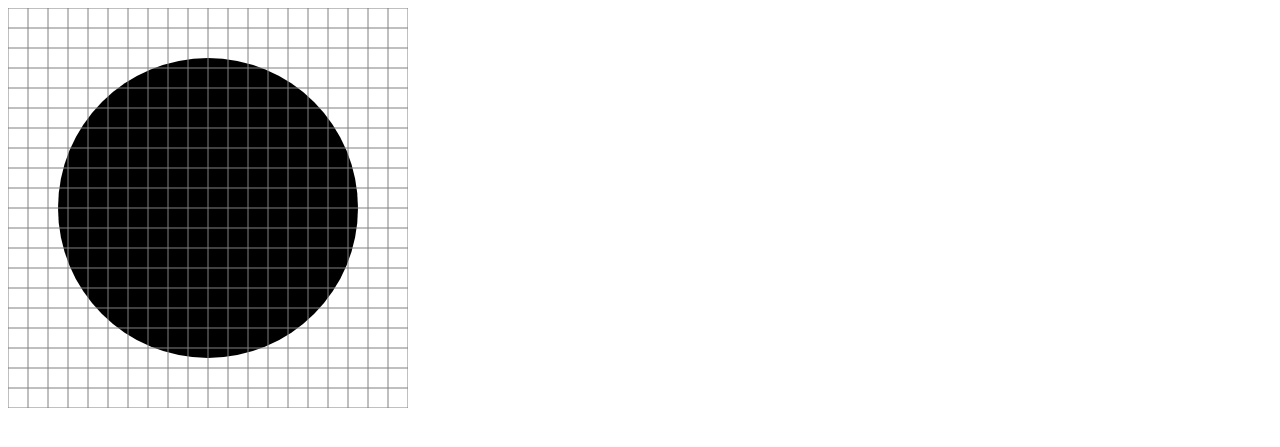
Repository: pedro-mancano/ProjetoCDM204
Page: scripts/radar.html
The author's editor kept a copy of each file at every save. The page is drawn from the files as they stood at one save, then again after the next save.
The browser window is 1280 px wide. The pictures show the whole page.

Above is the page before, as saved 2024-11-27 08:19:15.

After the next save:
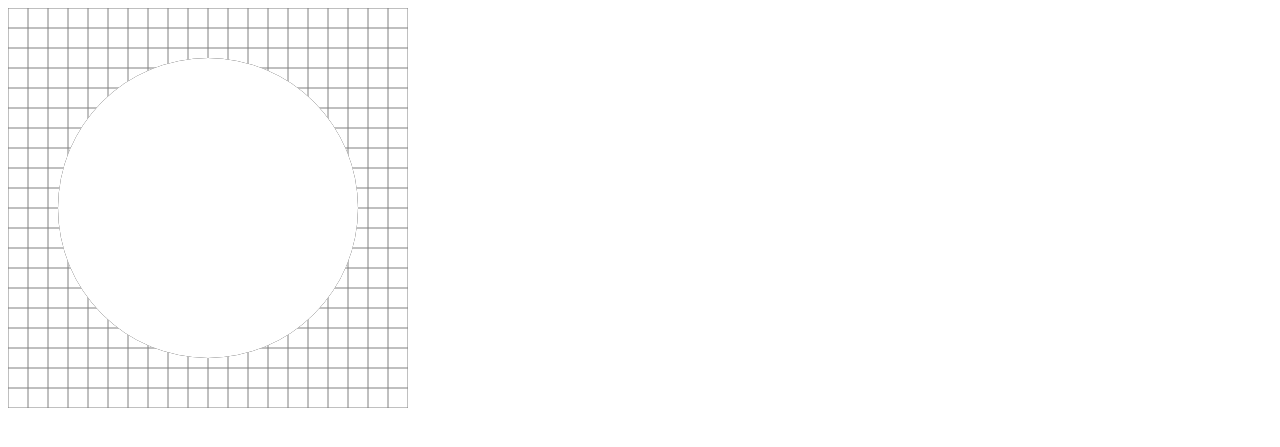
Saved 5 s later.
--- a/scripts/radar.js
+++ b/scripts/radar.js
@@ -60,12 +60,13 @@ function draw(elapsed) {
   // Draw the grid
 
   // Clear the outside of the circle
-  clearOutsideCircle(ctx, centerX, centerY, radius);
 
   // Draw the circle outline
   drawCircleOutline(ctx, centerX, centerY, radius);
 
   drawGrid(ctx, 20);
+
+  clearOutsideCircle(ctx, centerX, centerY, radius);
 }
 
 function drawLoop() {
